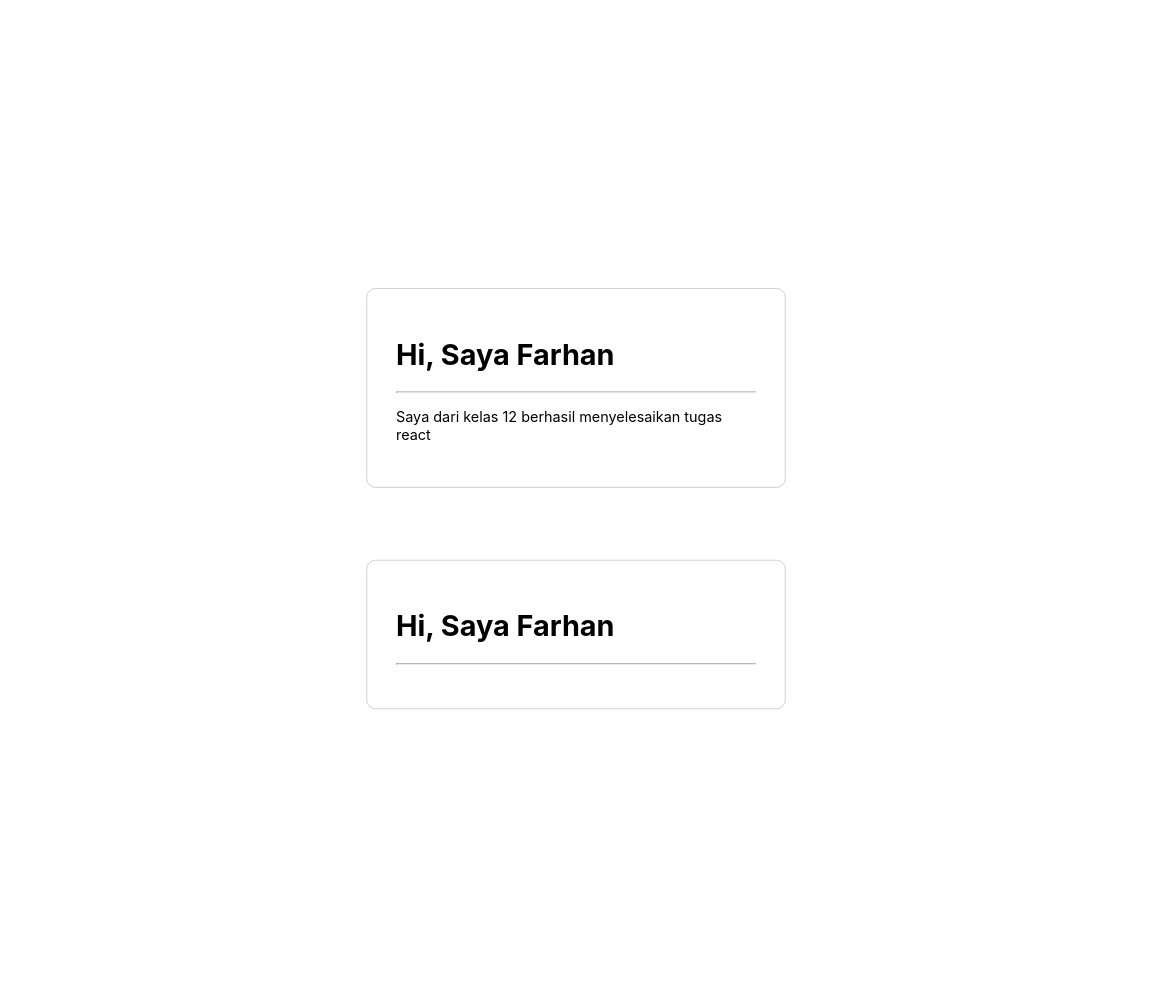
Repository: mfarhannr/Tugas-Reactjs_Farhan
Page: /
An editor plug-in stored every save of this project. The page is shown before and after a run of saves, followed by the edit.
The browser window is 1280 px wide. The pictures show the whole page, at 90% of full size.
The project was rebuilt for these pictures with package versions that can differ from the ones it lists, and the page was loaded fresh each time.

Above is the page before, as saved 2024-05-03 15:25:48.

After the next 3 saves:
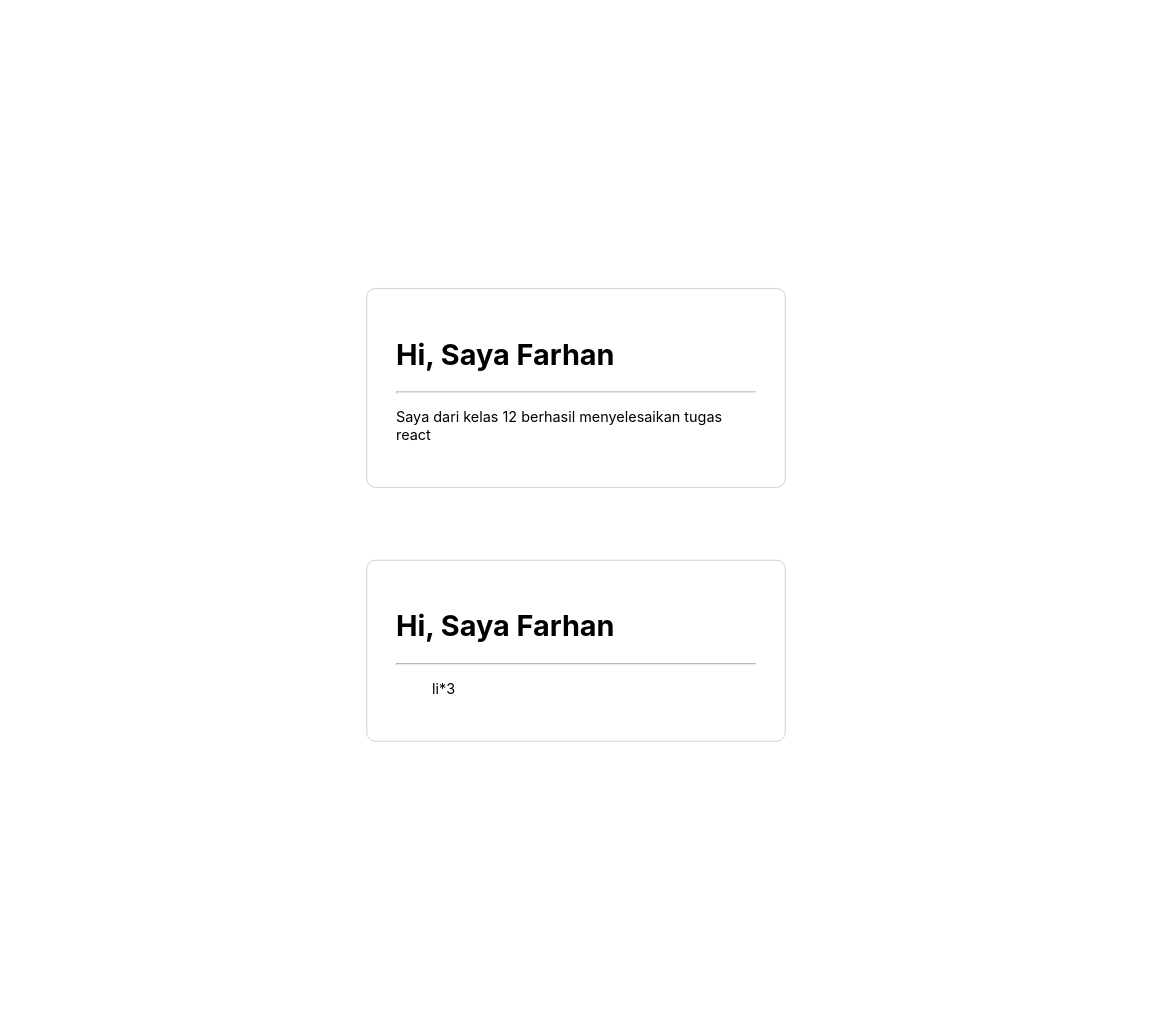
The 3 saves are shown as one change because they came seconds apart.
The last was saved 8 s later.
--- a/src/tugas7/tugas7.js
+++ b/src/tugas7/tugas7.js
@@ -6,6 +6,7 @@ function Tugas7() {
       <h1>Hi, Saya Farhan</h1>
       <hr></hr>
       <ul>
+              li*3
 
       </ul>
     </div>
